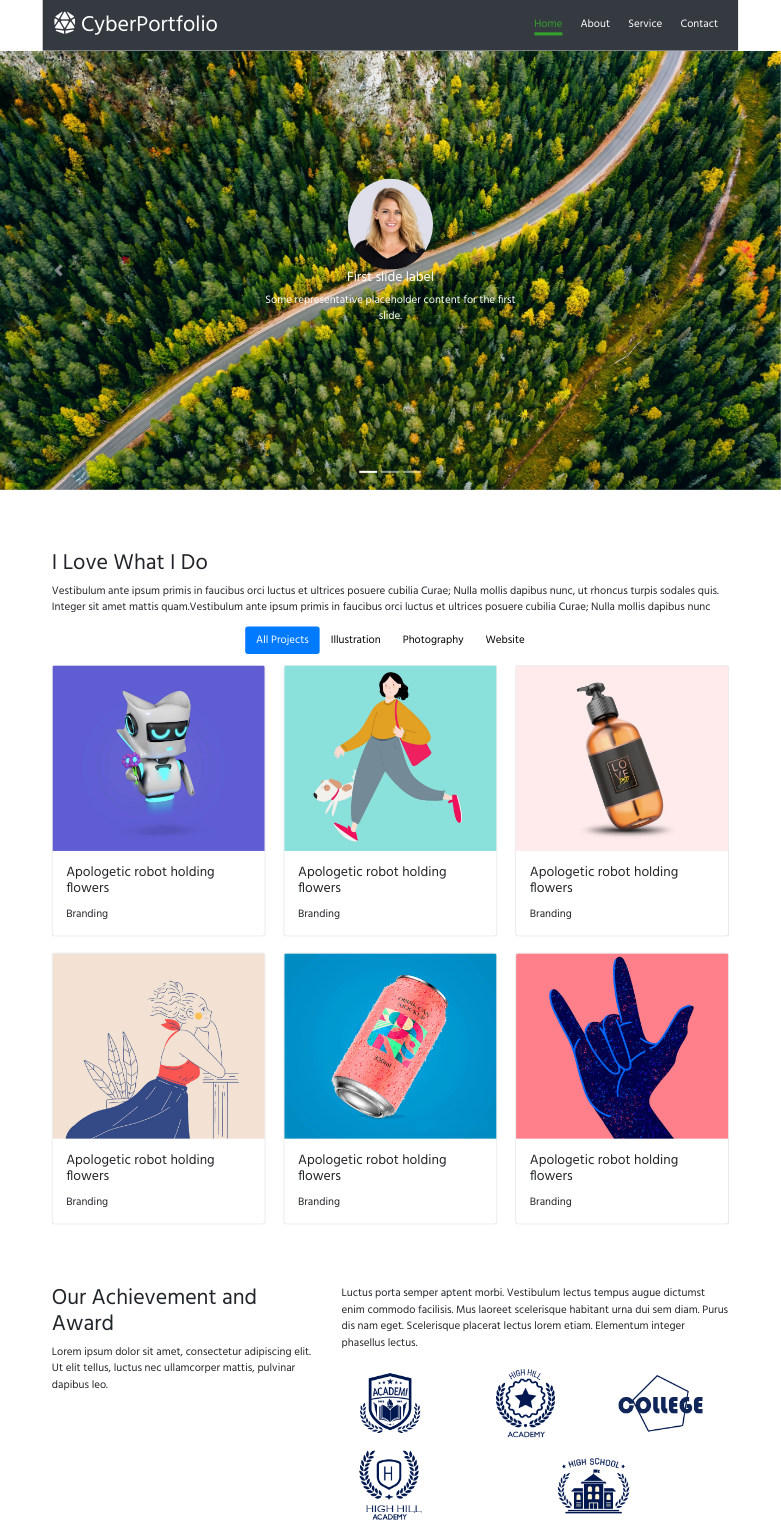
Repository: thanhfrankie/portfolio
Page: index.html
An editor plug-in stored every save of this project. The page is shown before and after the next save, followed by the edit.
The browser window is 1280 px wide. The pictures show the whole page, at 61% of full size.

Above is the page before, as saved 2023-11-30 10:35:26.

After the next save:
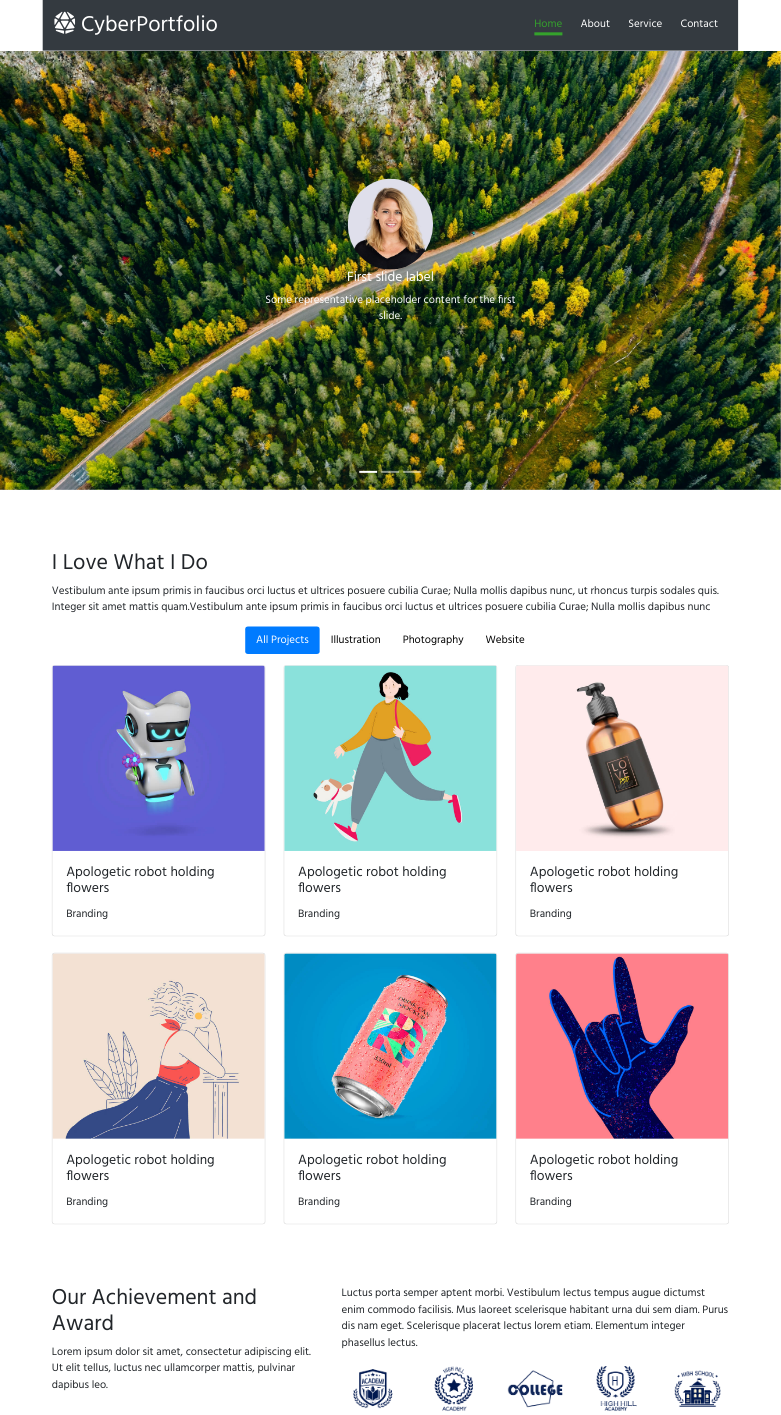
Saved 20 s later.
--- a/index.html
+++ b/index.html
@@ -258,19 +258,19 @@
               <!-- chỉnh hình vừa thẻ chả => width: 100%
               img-fluid: responsive hình
               -->
-              <img src="./img/award-1.png" alt="">
-            </div>
-            <div class="col">
-              <img src="./img/award-2.png" alt="">
-            </div>
-            <div class="col">
-              <img src="./img/award-3.png" alt="">
-            </div>
-            <div class="col">
-              <img src="./img/award-4.png" alt="">
-            </div>
-            <div class="col">
-              <img src="./img/award-5.png" alt="">
+              <img class="img-fluid" src="./img/award-1.png" alt="">
+            </div>
+            <div class="col">
+              <img class="img-fluid" src="./img/award-2.png" alt="">
+            </div>
+            <div class="col">
+              <img class="img-fluid" src="./img/award-3.png" alt="">
+            </div>
+            <div class="col">
+              <img class="img-fluid" src="./img/award-4.png" alt="">
+            </div>
+            <div class="col">
+              <img class="img-fluid" src="./img/award-5.png" alt="">
             </div>
           </div>
         </div>
